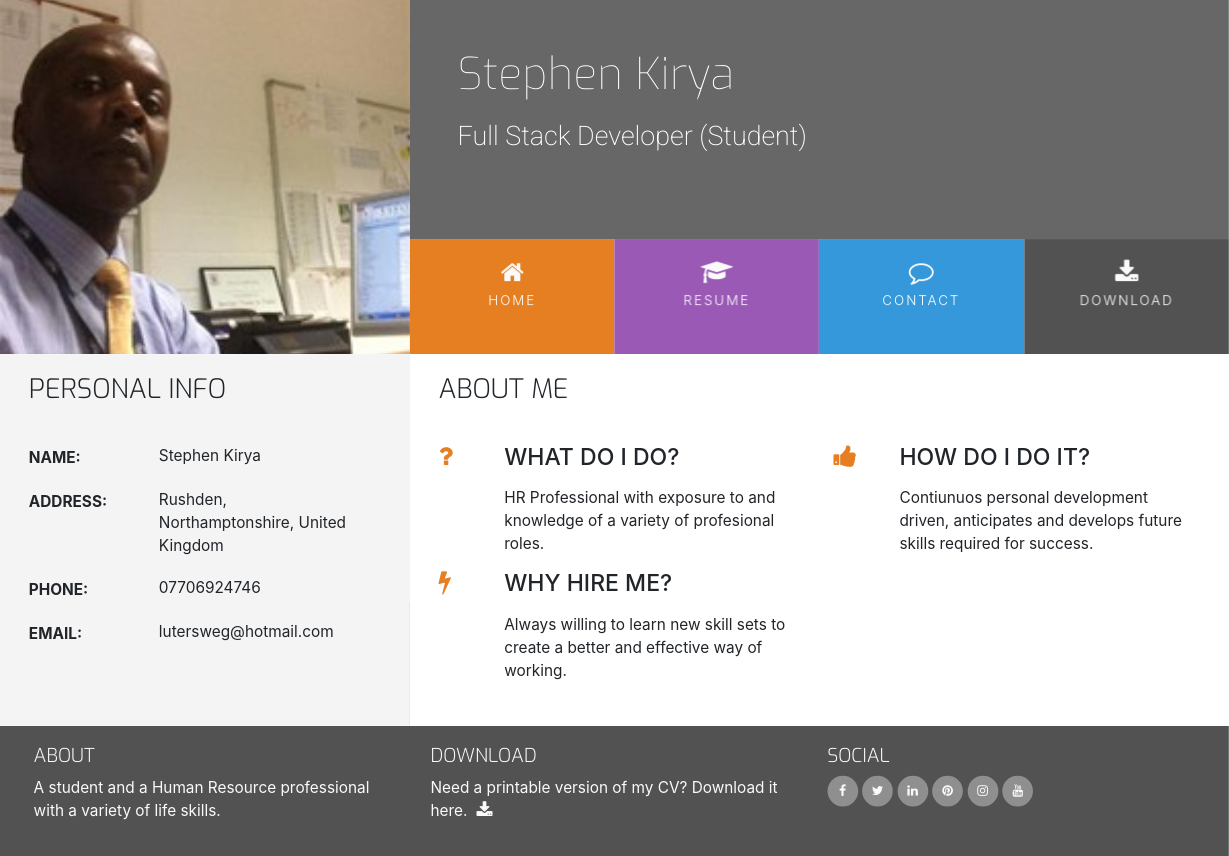
Repository: isiko1/interactive_frontend_resume
Page: index.html
The author's editor kept a record of every edit. The page is drawn from the files as they stood at one moment, then again after the next edit.
The browser window is 1280 px wide. The pictures show the whole page, at 96% of full size.

Above is the page before.

After the next edit:
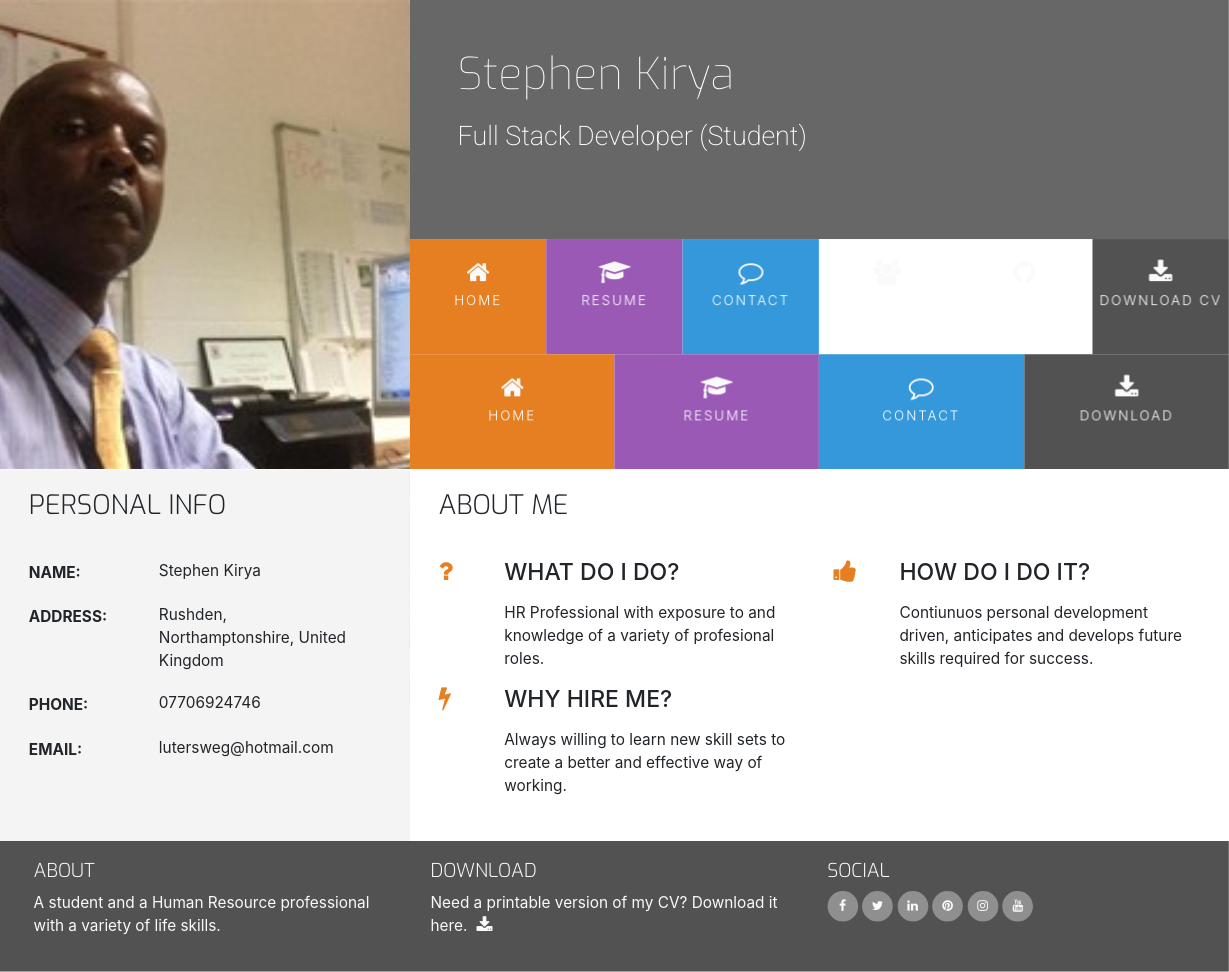
The edit:
--- a/index.html
+++ b/index.html
@@ -26,6 +26,30 @@
                 </div>
                 <div class="row no-gutters">
                     <div class="col">
+                        <ul id="nav" class="list-inline menucontainer">
+                            <li class="col-6 col-sm-2 ui-menu-color-home list-inline-item menuitem">
+                                <a href="index.html" class="hvr-sweep-to-bottom"><i class="fa fa-home" aria-hidden="true"></i><span>Home</span></a>
+                            </li>
+                            <li class="col-6 col-sm-2 ui-menu-color-resume list-inline-item menuitem">
+                                <a href="resume.html" class="hvr-sweep-to-bottom"><i class="fa fa-graduation-cap" aria-hidden="true"></i><span>Resume</span></a>
+                            </li>
+                            <li class="col-6 col-sm-2 ui-menu-color-contact list-inline-item menuitem">
+                                <a href="contact.html" class="hvr-sweep-to-bottom"><i class="fa fa-comment-o" aria-hidden="true"></i><span>Contact</span></a>
+                            </li>
+                            <li class="col-6 col-sm-2 ui-menu-color-interests list-inline-item menuitem">
+                                <a href="interests.html" class="hvr-sweep-to-bottom"><i class="fa fa-users" aria-hidden="true"></i><span>Interests</span></a>
+                            </li>
+                            <li class="col-6 col-sm-2 ui-menu-color-github list-inline-item menuitem">
+                                <a href="github.html" class="hvr-sweep-to-bottom"><i class="fa fa-github" aria-hidden="true"></i><span>GitHub</span></a>
+                            </li>
+                            <li class="col-6 col-sm-2 ui-menu-color-download list-inline-item menuitem">
+                                <a href="assets/cv/sample-cv.pdf" target="_blank" class="hvr-sweep-to-bottom"><i class="fa fa-download" aria-hidden="true"></i><span>Download CV</span></a>
+                            </li>
+                        </ul>
+                    </div>
+                </div>
+
+
                          <ul id="nav" class="list-inline menucontainer">
                             <li class="col-6 col-sm-3 ui-menu-color-home list-inline-item menuitem">
                                 <a href="index.html" class="hvr-sweep-to-bottom"><i class="fa fa-home" aria-hidden="true"></i><span>Home</span></a>
